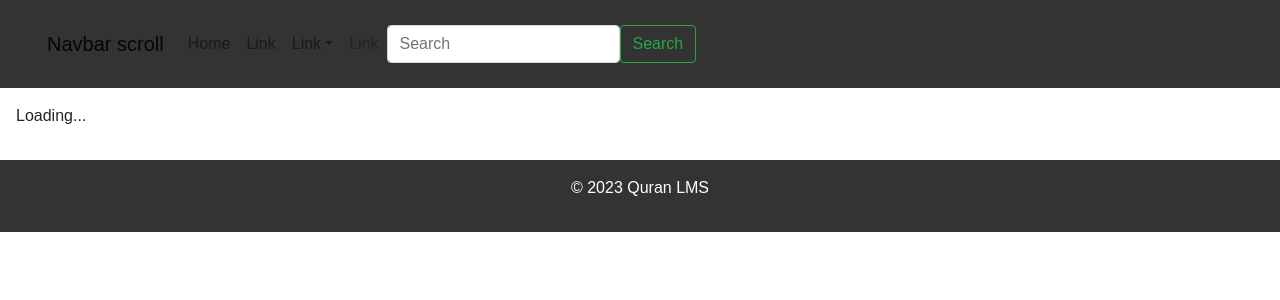
Repository: talha-mahmood/Quran-Lms-react
Page: /
An editor plug-in stored every save of this project. The page is shown before and after the next save, followed by the edit.
The browser window is 1280 px wide. The pictures show the whole page.
The page's requests for data from a server got no answer. The project was rebuilt for these pictures with package versions that can differ from the ones it lists, and the page was loaded fresh each time. No one was signed in, and anything a server would have sent is missing.

Above is the page before, as saved 2023-03-08 01:11:16.

After the next save:
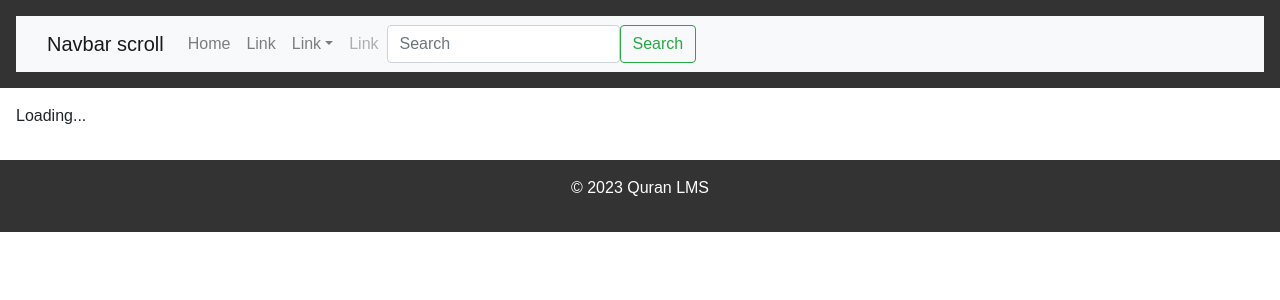
Saved 4 s later.
--- a/src/App.js
+++ b/src/App.js
@@ -29,7 +29,7 @@ class QuranLMS extends Component {
 
           <div>
           <header>
-          <Navbar bg="kight" expand="lg">
+          <Navbar bg="light" expand="lg">
       <Container fluid>
         <Navbar.Brand href="#">Navbar scroll</Navbar.Brand>
         <Navbar.Toggle aria-controls="navbarScroll" />
